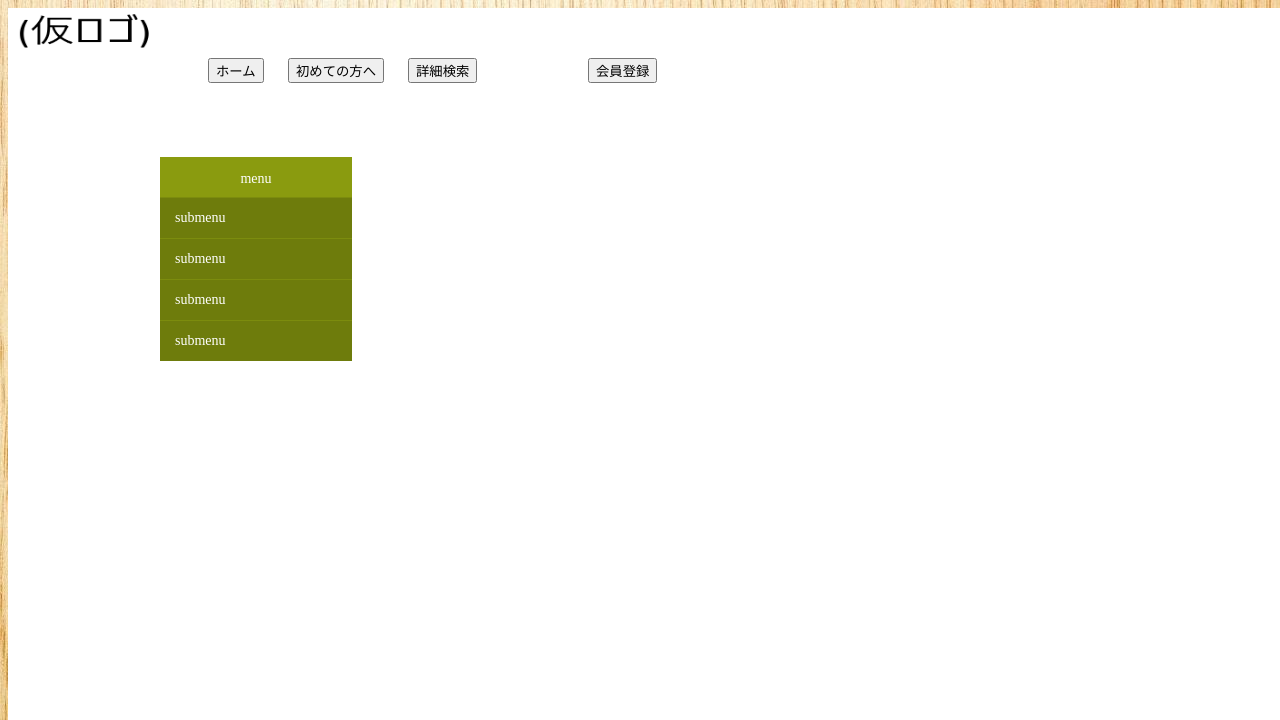
Repository: k0816/backup-master
Page: http://localhost/cycle/includeHeader.jsp
These files come from the project's save history. The page is drawn as it stood at one moment and after the next save; the edit follows.
The browser window is 1280 px wide. The pictures show the whole page.
The page is served by Tomcat 9. Other server files are loaded and not shown.

Above is the page before, as saved 2018-01-09 06:53:39.

### cycle/WebContent/includeHeader.jsp
<%@ page language="java" contentType="text/html; charset=UTF-8"
	pageEncoding="UTF-8"%>
<%@ taglib prefix="s" uri="/struts-tags"%>
<!DOCTYPE html PUBLIC "-//W3C//DTD HTML 4.01 Transitional//EN" "http://www.w3.org/TR/html4/loose.dtd">
<html>
<head>
<meta http-equiv="Content-Type" content="text/html; charset=UTF-8">
<title>ヘッダー記述</title>

<style type="text/css">
#header {
	width: 100%;
	height: 1000px;
	background-color: white;
	border-bottom: 3px solid black;
	position: fixed;
}

.botan {
	position: absolute;
	top: 50px;
}

#home {
	position: absolute;
	left: 200px;
}

#new {
	position: absolute;
	left: 280px;
}

#search {
	position: absolute;
	left: 400px;
}

#other {
	position: absolute;
	left: 500px;
}

#create {
	position: absolute;
	left: 580px;
}

body {
	background: url("./image/wood.jpg");
}

.dropmenu {
	*zoom: 1;
	list-style-type: none;
	width: 960px;
	margin: 5px auto 30px;
	padding: 0;
}

.dropmenu:before, .dropmenu:after {
	content: "";
	display: table;
}

.dropmenu:after {
	clear: both;
}

.dropmenu li {
	position: relative;
	width: 20%;
	float: left;
	margin: 0;
	padding: 0;
	text-align: center;
}

.dropmenu li a {
	display: block;
	margin: 0;
	padding: 15px 0 11px;
	background: #8a9b0f;
	color: #fff;
	font-size: 14px;
	line-height: 1;
	text-decoration: none;
}

.dropmenu li ul {
	list-style: none;
	position: absolute;
	z-index: 9999;
	top: 100%;
	left: 0;
	margin: 0;
	padding: 0;
}

.dropmenu li ul li {
	width: 100%;
}

.dropmenu li ul li a {
	padding: 13px 15px;
	border-top: 1px solid #7c8c0e;
	background: #6e7c0c;
	text-align: left;
}

.dropmenu li:hover>a {
	background: #6e7c0c;
}

.dropmenu li a:hover {
	background: #616d0b;
}
</style>

</head>
<body>

	<div id="header">
		<img src="image\logotest.jpg" width="150" height="50">

		<div class="botan">

			<div id="home">
				<form action="GoHomeAction">
					<input type="submit" value="ホーム" />
				</form>
			</div>
			<div id="new">
				<form action="ToNewUserAction">
					<input type="submit" value="初めての方へ" />
				</form>
			</div>
			<div id="search">
				<form action="PartySearchAction">
					<input type="submit" value="詳細検索" />
				</form>
			</div>

			<div id="create">
				<form action="UserCreateAction">
					<input type="submit" value="会員登録" />
				</form>
			</div>

		</div>
	</div>



	<!-- ドロップダウンメニュー -->




	<br>
	<br>
	<br>
	<br>
	<br>
	<br>
	<br>
	<br>


	<ul id="normal" class="dropmenu">
		<li><a href="#">menu</a>
			<ul>
				<li><a href="#">submenu</a></li>
				<li><a href="#">submenu</a></li>
				<li><a href="#">submenu</a></li>
				<li><a href="#">submenu</a></li>
			</ul></li>
	</ul>







	<br>
	<br>
	<br>
	<br>


</body>
</html>

After the next save:
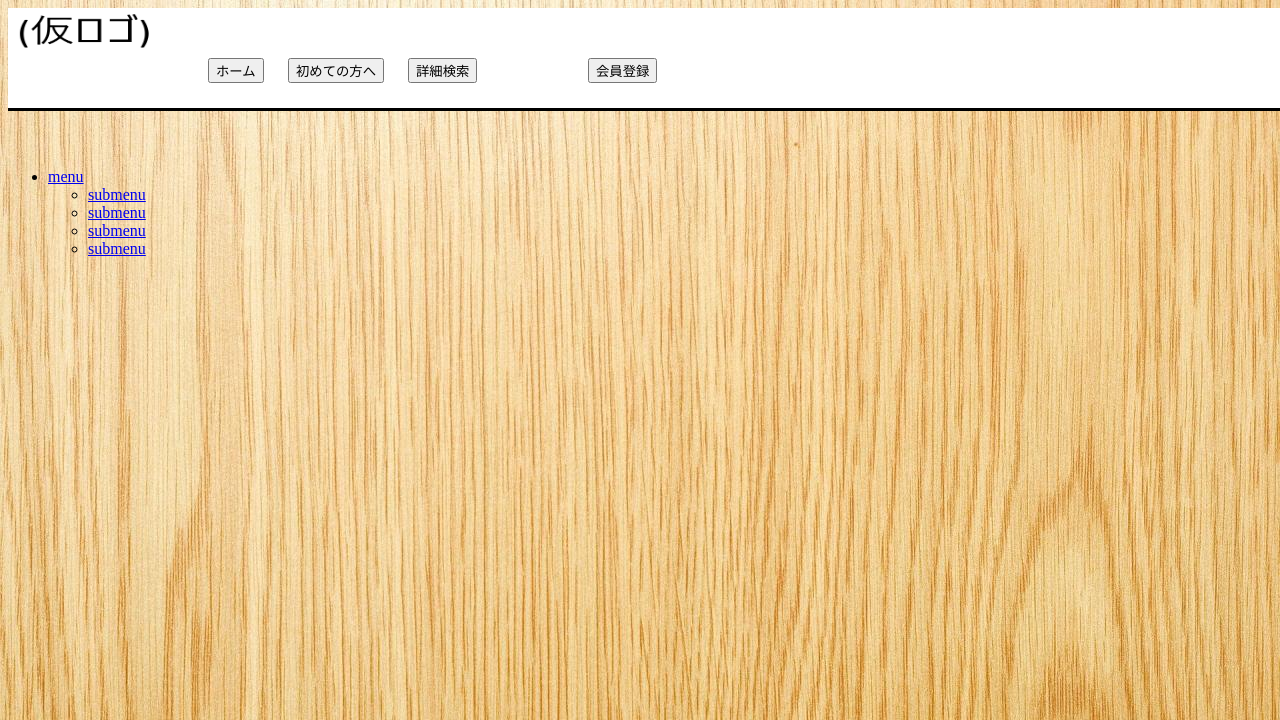
Saved 69 s later.
--- a/cycle/WebContent/includeHeader.jsp
+++ b/cycle/WebContent/includeHeader.jsp
@@ -10,7 +10,7 @@
 <style type="text/css">
 #header {
 	width: 100%;
-	height: 1000px;
+	height: 100px;
 	background-color: white;
 	border-bottom: 3px solid black;
 	position: fixed;
@@ -50,71 +50,6 @@ body {
 	background: url("./image/wood.jpg");
 }
 
-.dropmenu {
-	*zoom: 1;
-	list-style-type: none;
-	width: 960px;
-	margin: 5px auto 30px;
-	padding: 0;
-}
-
-.dropmenu:before, .dropmenu:after {
-	content: "";
-	display: table;
-}
-
-.dropmenu:after {
-	clear: both;
-}
-
-.dropmenu li {
-	position: relative;
-	width: 20%;
-	float: left;
-	margin: 0;
-	padding: 0;
-	text-align: center;
-}
-
-.dropmenu li a {
-	display: block;
-	margin: 0;
-	padding: 15px 0 11px;
-	background: #8a9b0f;
-	color: #fff;
-	font-size: 14px;
-	line-height: 1;
-	text-decoration: none;
-}
-
-.dropmenu li ul {
-	list-style: none;
-	position: absolute;
-	z-index: 9999;
-	top: 100%;
-	left: 0;
-	margin: 0;
-	padding: 0;
-}
-
-.dropmenu li ul li {
-	width: 100%;
-}
-
-.dropmenu li ul li a {
-	padding: 13px 15px;
-	border-top: 1px solid #7c8c0e;
-	background: #6e7c0c;
-	text-align: left;
-}
-
-.dropmenu li:hover>a {
-	background: #6e7c0c;
-}
-
-.dropmenu li a:hover {
-	background: #616d0b;
-}
 </style>
 
 </head>
